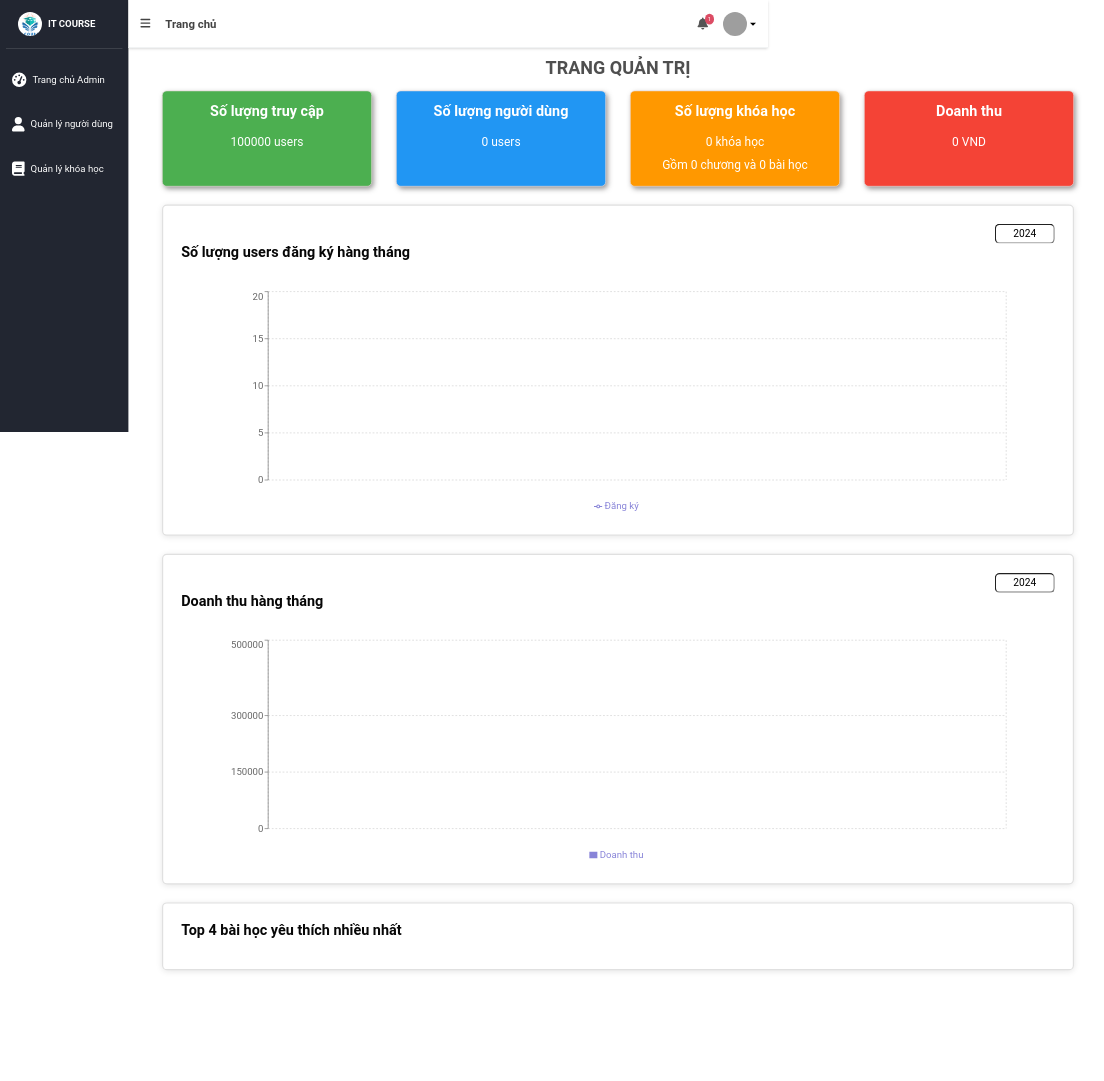
Repository: dungnm3107/CourseReactFE
Page: /admin
The author's editor kept a copy of each file at every save. The page is drawn from the files as they stood at one save, then again after the next save.
The browser window is 1280 px wide. The page is 1840 px wide, so the pictures cover 1840 px, including what lies to the right of the window. The pictures show the whole page, at 60% of full size.
Pictures or frames that could not be fetched are drawn as grey boxes. The page's requests for data from a server got no answer. Some web libraries are served in a nearby version. The project was rebuilt for these pictures with package versions that can differ from the ones it lists, and the page was loaded fresh each time. No one was signed in, and anything a server would have sent is missing. Also part of the build but not shown: vite.config.ts, src/assets/css/course.css, src/components/slide/AdvertBanner.tsx, src/components/course/CardItemFree.tsx, src/components/course/CardList.tsx, src/components/course/CardItem.tsx, src/components/course/CardListPro.tsx, src/components/course/CardListVideo.tsx and 36 more.

Above is the page before, as saved 2024-11-07 23:14:44.

After the next save:
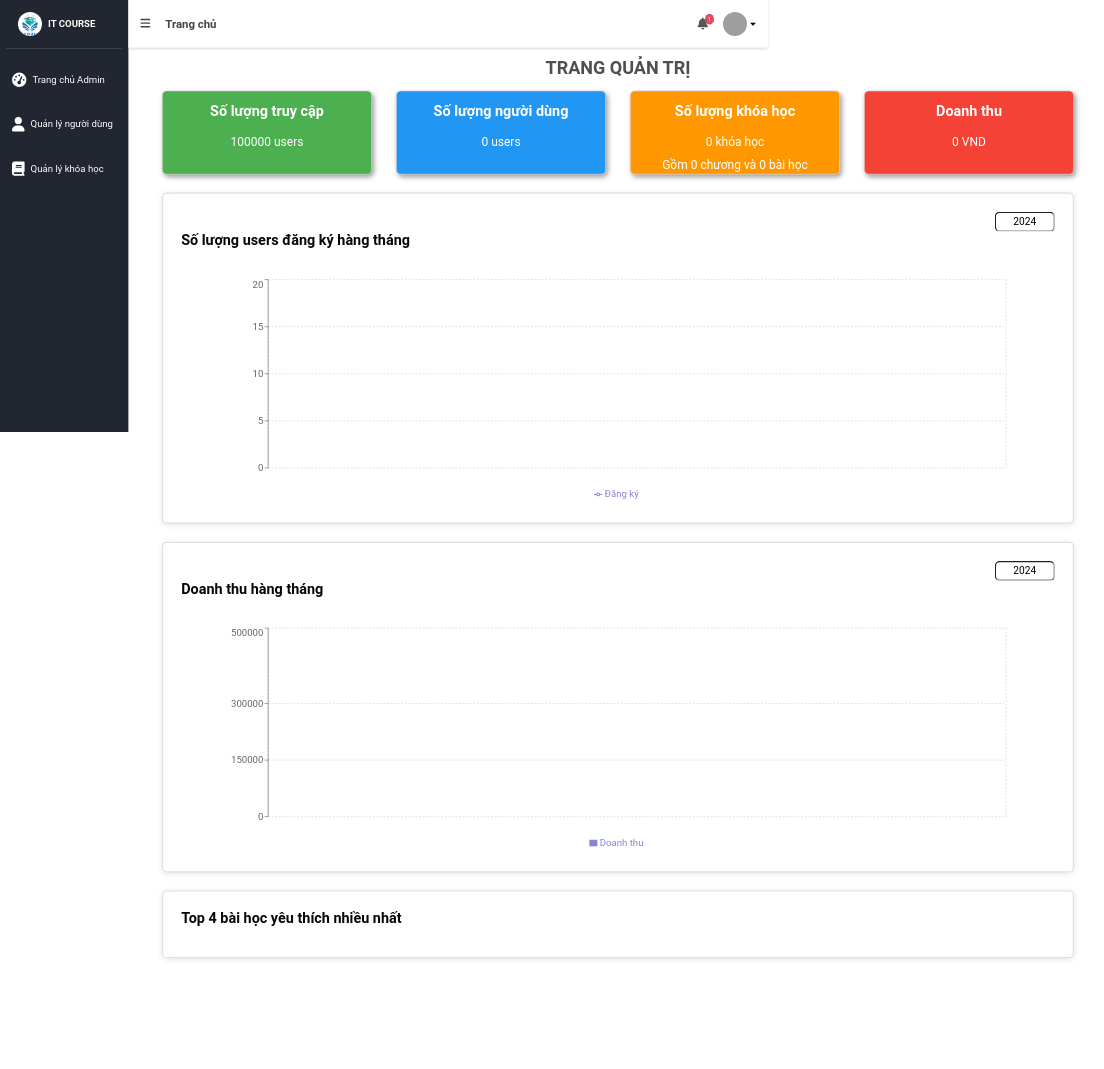
Saved 22 s later.
--- a/src/assets/css/dashboard.css
+++ b/src/assets/css/dashboard.css
@@ -18,7 +18,7 @@
 
 .admin-card {
   width: 350px;
-  height: 160px;
+  height: 140px;
   border-radius:8px;
   box-shadow: 3px 4px 8px rgba(55, 52, 52, 0.5);
   padding: 20px;
